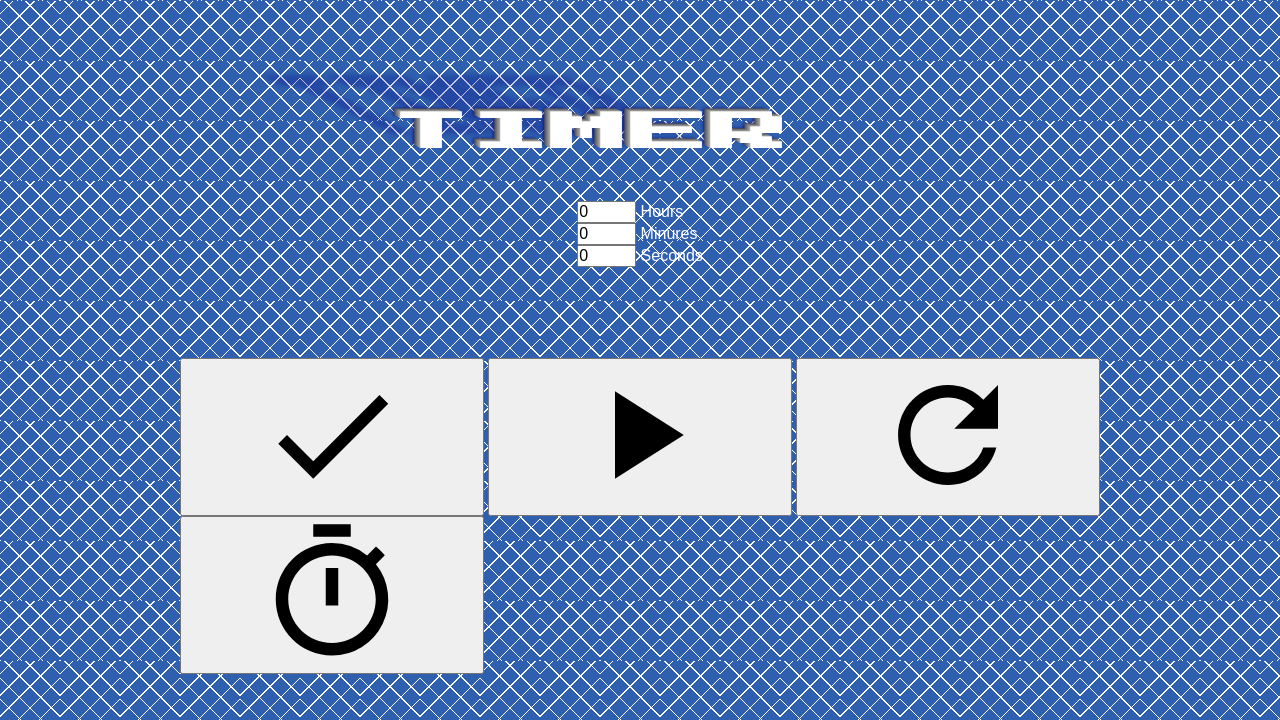
Repository: KrzysKolo/Projekt-12_Timer
Page: index.html
These files come from the project's save history. The page is drawn as it stood at one moment and after the next save; the edit follows.
The browser window is 1280 px wide. The pictures show the whole page.
Some web fonts or font styles are not loaded; a fallback is used.

Above is the page before, as saved 2020-06-24 21:44:46.

### index.html
<!DOCTYPE html>
<html lang="en">
  <head>
    <meta charset="UTF-8" />
    <meta name="viewport" content="width=device-width, initial-scale=1.0" />
    <title>Taimer</title>
    <link
      href="https://fonts.googleapis.com/css2?family=Aldrich&family=Press+Start+2P&display=swap"
      rel="stylesheet"
    />

    <link rel="stylesheet" href="./css/style.css" />
  </head>
  <body>
    <main class="timer">
      <header class="timer__header">
        <h1 class="timer__heading" data-text="TIMER">
          Timer
        </h1>
      </header>
      <article class="timer__clock">
        <!-- input hours-->
        <section class="clock">
          <input
            type="number"
            name="hours"
            id="hours"
            value="0"
            min="0"
            max="99"
            class="clock__input"
            data-timer-input__hours
          />
          <label for="hours" class="clock__label">Hours</label>
        </section>
        <!-- input minutes-->
        <section class="clock">
          <input
            type="number"
            name="minutes"
            id="minutes"
            value="0"
            min="0"
            max="59"
            class="clock__input"
            data-timer-input__minutes
          />
          <label for="minutes" class="clock__label">Minures</label>
        </section>
        <!-- input seconds -->
        <section class="clock">
          <input
            type="number"
            name="seconds"
            id="seconds"
            value="0"
            min="0"
            max="59"
            class="clock__input"
            data-timer-input__seconds
          />
          <label for="seconds" class="clock__label">Seconds</label>
        </section>
      </article>
      <article class="timer__buttons">
        <!-- button 1 -->
        <button class="button">
          <svg class="button__icon">
            <use xlink:href="./assets/icons/sprite.svg#done-24px"></use>
          </svg>
        </button>
        <!-- button 2 -->
        <button class="button">
          <svg class="button__icon">
            <use xlink:href="./assets/icons/sprite.svg#play_arrow-24px"></use>
          </svg>
        </button>
        <!-- button 3 -->
        <button class="button">
          <svg class="button__icon">
            <use xlink:href="./assets/icons/sprite.svg#refresh-24px"></use>
          </svg>
        </button>
        <!-- dźwięk -->
        <section class="timer__audio">
          <audio src="./assets/sounds/alarm.mp3" loop></audio>
          <button class="button">
            <svg class="button__icon button__icon--alarm">
              <use xlink:href="./assets/icons/sprite.svg#timer-24px"></use>
            </svg>
          </button>
        </section>
      </article>
    </main>
  </body>
</html>

### css/style.css
*,
*::before,
*::after {
  padding: 0;
  margin: 0;
  box-sizing: inherit;
  font-size: 16px;
}
body {
  box-sizing: border-box;
  color: #fff;
  font-family: "Aldrich", sans-serif;
  background-color: #2f5faf;
  background-position: 0 1px;
  background-size: 60px 60px;
  background-image: -webkit-repeating-linear-gradient(
      deg,
      #fff,
      #fff 1px,
      transparent 1px,
      transparent 15px
    ),
    -webkit-repeating-linear-gradient(90deg, #fff, #fff 1px, transparent 1px, transparent
          15px);
  background-image: repeating-linear-gradient(
      -45deg,
      #fff,
      #fff 1px,
      transparent 1px,
      transparent 15px
    ),
    repeating-linear-gradient(
      45deg,
      #fff,
      #fff 1px,
      transparent 1px,
      transparent 15px
    );
}
.timer {
  width: 100vw;
  height: 100vh;
  position: relative;

  display: flex;
  flex-direction: column;
  justify-content: space-around;
  align-items: flex-start;
  align-items: center;
}
.timer__header {
}

.timer__heading {
  font-family: "Press Start 2P", cursive;
  font-size: 4rem;
  text-transform: uppercase;
  position: relative;
  top: 50%;
  left: -50%;
  transform: calc(-50%, -50%);
  color: rgba(0, 0, 0, 0);

  transform: skew(63deg, 0deg);

  text-shadow: 0 0 3px rgba(0, 0, 128, 0.25);
  z-index: 50;
}
.timer__heading::after {
  content: attr(data-text);
  font-family: "Press Start 2P", cursive;
  font-size: 5rem;
  position: absolute;
  top: 15px;
  left: 25px;
  color: rgba(255, 255, 255, 1);

  transform: skew(-63deg) scale(1, 0.5);

  text-shadow: -1px -1px 1px #aaa, -2px -2px 1px #999, -3px -3px 1px #888,
    -4px -4px 1px #777, -5px -5px 1px #666, -6px -6px 1px #555,
    -7px -7px 5px rgba(0, 0, 128, 0.75);
  z-index: 100;
}

After the next save:
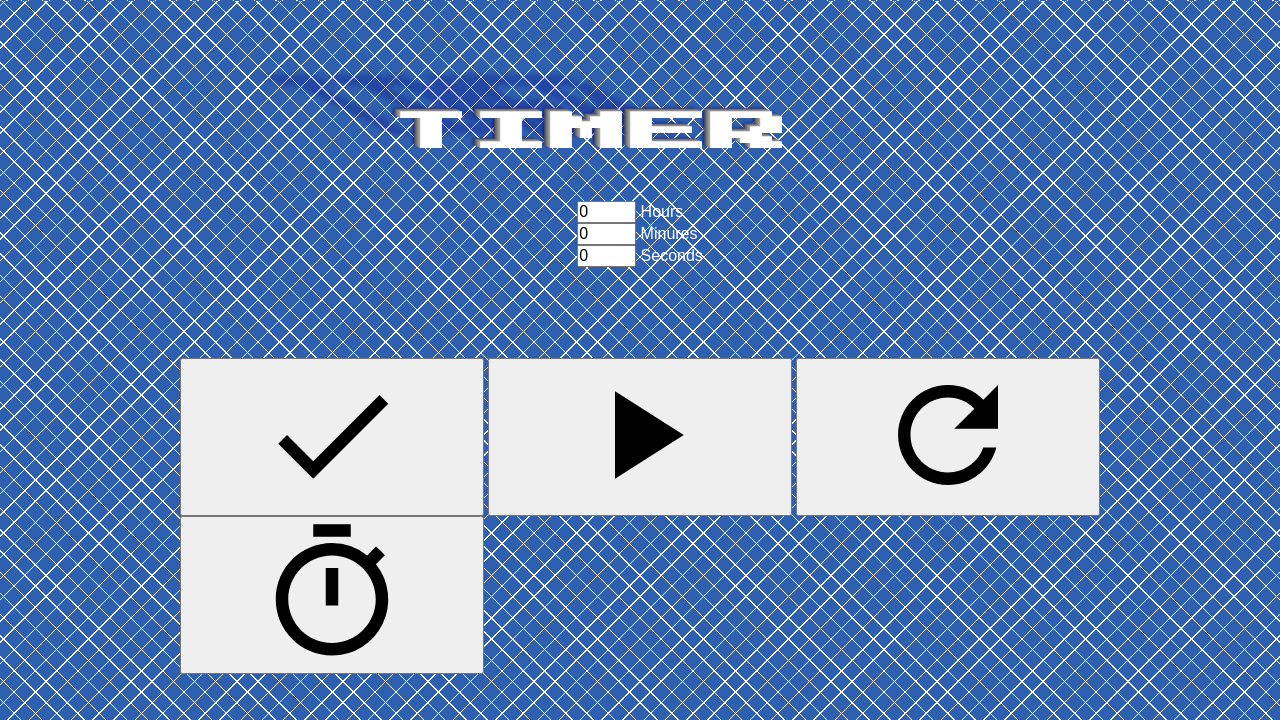
Saved 13 s later.
--- a/css/style.css
+++ b/css/style.css
@@ -12,7 +12,7 @@ body {
   font-family: "Aldrich", sans-serif;
   background-color: #2f5faf;
   background-position: 0 1px;
-  background-size: 60px 60px;
+
   background-image: -webkit-repeating-linear-gradient(
       deg,
       #fff,
